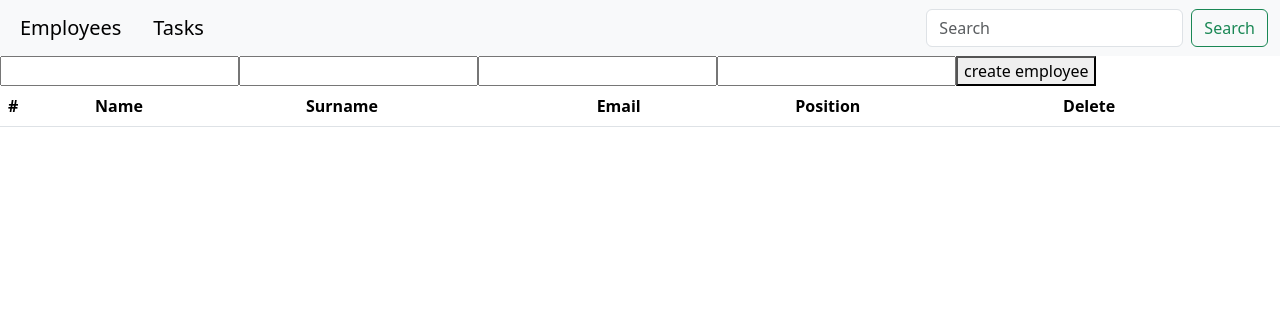
Repository: RaffiBarseghyan/employees
Page: /employees
An editor plug-in stored every save of this project. The page is shown before and after a run of saves, followed by the edit.
The browser window is 1280 px wide. The pictures show the whole page.
The page's requests for data from a server got no answer. The project was rebuilt for these pictures with package versions that can differ from the ones it lists, and the page was loaded fresh each time. No one was signed in, and anything a server would have sent is missing. Also part of the build but not shown: src/App.css, src/Pages/Employees/employees.module.scss, src/Pages/UpDel/upDel.module.scss, src/Pages/UpDel/delete.jsx, src/Pages/Tasks/tasks.jsx.

Above is the page before, as saved 2023-06-15 01:10:08.

### src/App.jsx
import "./App.css";
import Header from "./Pages/Header/header";
import { BrowserRouter, Routes, Route } from "react-router-dom";
import "bootstrap/dist/css/bootstrap.css";
import Employees from "./Pages/Employees/employees";
import Tasks from "./Pages/Tasks/tasks";

function App() {
  return (
    <>
      <BrowserRouter>
        <Header />

        <Routes>
          <Route path="/employees" element={<Employees />} />

          <Route path="/tasks" element={<Tasks />} />

          {/*
          <Route path="/category/:search" element={<Category />} />

          <Route path="/toy/:userId" element={<Toy />} />  */}
        </Routes>
      </BrowserRouter>
    </>
  );
}

export default App;

### src/Pages/Header/header.jsx
import { Link } from "react-router-dom";
import style from "./header.module.scss";

function Header() {
  return (
    <>
      <nav className="navbar navbar-expand-lg bg-body-tertiary">
        <div className="container-fluid">
          <button
            className="navbar-toggler"
            type="button"
            data-bs-toggle="collapse"
            data-bs-target="#navbarSupportedContent"
            aria-controls="navbarSupportedContent"
            aria-expanded="false"
            aria-label="Toggle navigation"
          >
            <span className="navbar-toggler-icon"></span>
          </button>
          <div className="collapse navbar-collapse" id="navbarSupportedContent">
            <ul className="navbar-nav me-auto mb-2 mb-lg-0">
              <li className="nav-item">
                <Link className={`nav-link navbar-brand active ${style.linkStyle}`} to="/employees">
                  Employees
                </Link>
              </li>
              <li className="nav-item">
                <Link
                  className={`nav-link navbar-brand ${style.linkStyle}`}
                  to="/tasks"
                >
                  Tasks
                </Link>
              </li>
            </ul>
            <form className="d-flex" role="search">
              <input
                className="form-control me-2"
                type="search"
                placeholder="Search"
                aria-label="Search"
              />
              <button className="btn btn-outline-success" type="submit">
                Search
              </button>
            </form>
          </div>
        </div>
      </nav>
    </>
  );
}

export default Header;

### src/Pages/Employees/employees.jsx
import { useEffect, useState } from "react";
import style from "./employees.module.scss";
import axios from "axios";
import Delete from "../UpDel/delete";

function Employees() {
  const [data, setdata] = useState([]);

  useEffect(() => {
    axios
      .get(
        `https://rocky-temple-83495.herokuapp.com/employees?_page=1&_limit=10`
      )
      .then((res) => {
        const persons = res.data;
        setdata(persons);
      });
  }, []);
  return (
    <>
      <div>
        <input  type="text" />
        <input type="text" />
        <input type="email" />
        <input type="text" />
        <button >create employee</button>
      </div>

      <table className="table">
        <thead>
          <tr>
            <th scope="col">#</th>
            <th scope="col">Name</th>
            <th scope="col">Surname</th>
            <th scope="col">Email</th>
            <th scope="col">Position</th>
            <th scope="col">Delete</th>
          </tr>
        </thead>
        <tbody>
          {data.map((item) => {
            return (
              <tr key={item.id} className={`${style.employees} `}>
                <th scope="row">{item.id}</th>
                <td>{item.name}</td>
                <td>{item.surname}</td>
                <td>{item.email}</td>
                <th>{item.position}</th>

                <th>
                  <button className={`${style.basketButtonDe} btn btn-danger `}>
                    <Delete id={item.id} req="user" />
                  </button>
                </th>
              </tr>
            );
          })}
        </tbody>
      </table>
    </>
  );
}

export default Employees;

Loaded but not shown: src/index.js (common file); src/index.css (common file); src/reportWebVitals.js (common file); src/Pages/Header/header.module.scss (no stored copy; drawn as an empty file)

After the next 4 saves:
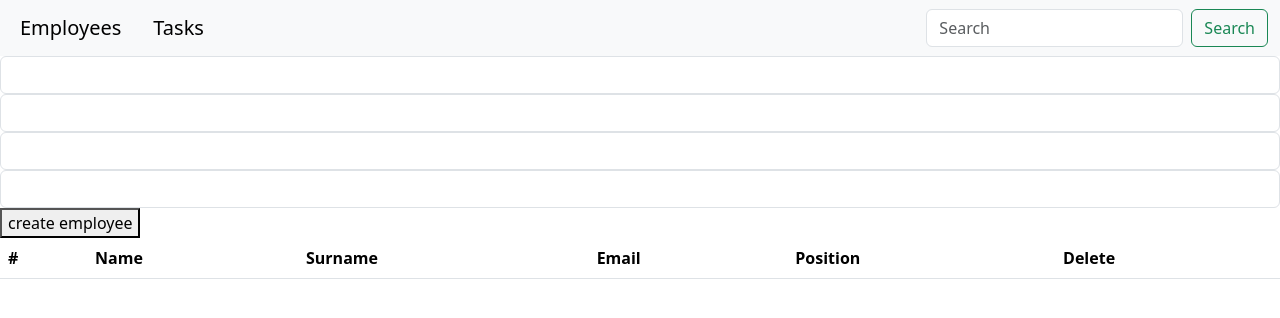
The 4 saves are shown as one change because they came seconds apart.
The last was saved 24 s later.
--- a/src/Pages/Employees/employees.jsx
+++ b/src/Pages/Employees/employees.jsx
@@ -19,11 +19,11 @@ function Employees() {
   return (
     <>
       <div>
-        <input  type="text" />
-        <input type="text" />
-        <input type="email" />
-        <input type="text" />
-        <button >create employee</button>
+        <input className="form-control me-2" type="text" />
+        <input className="form-control me-2" type="text" />
+        <input className="form-control me-2" type="email" />
+        <input className="form-control me-2" type="text" />
+        <button>create employee</button>
       </div>
 
       <table className="table">
